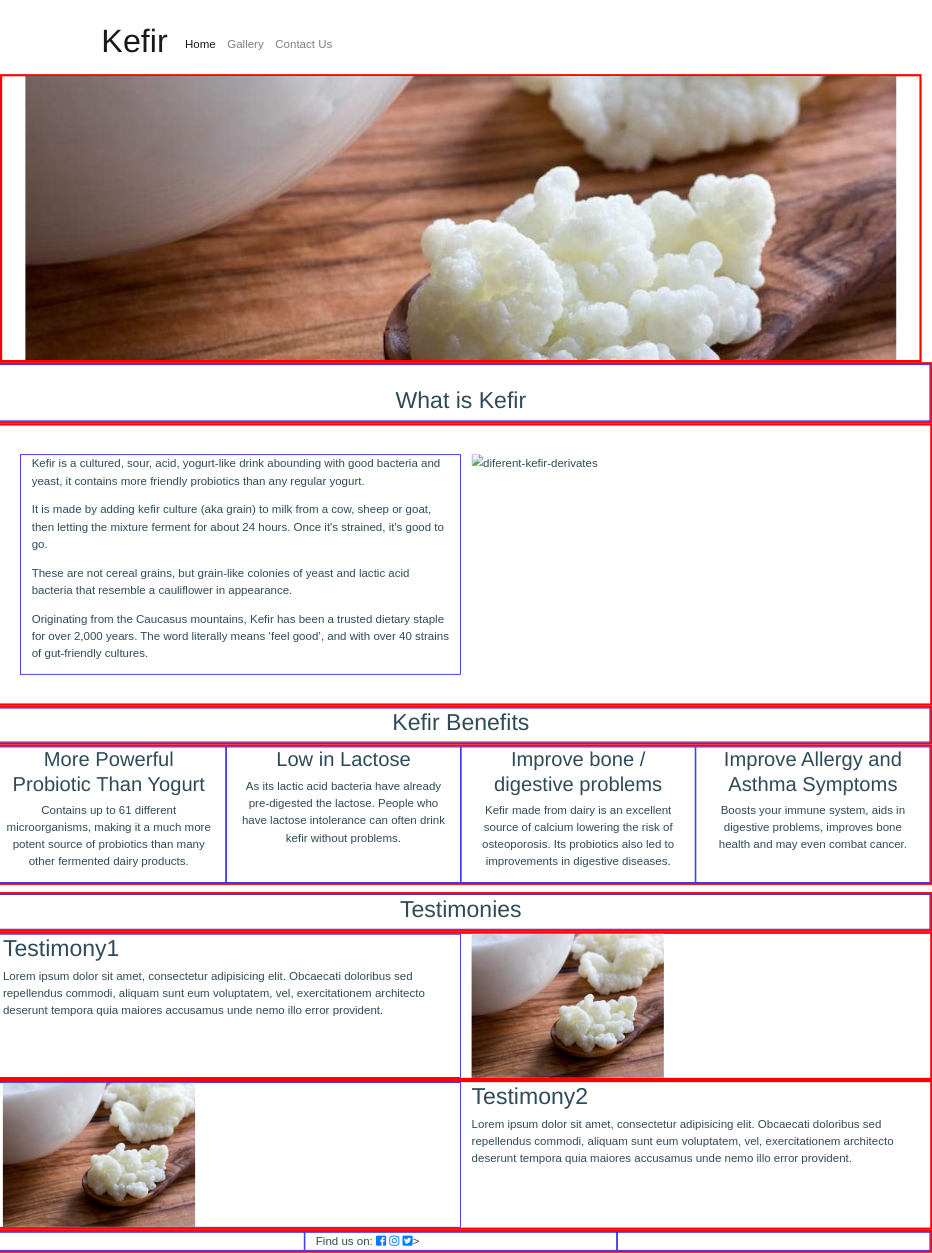
Repository: Code-Institute-Submissions/andna5980-kefir-repo_JuneResub
Page: index.html
The author's editor kept a copy of each file at every save. The page is drawn from the files as they stood at one save, then again after the next save.
The browser window is 1280 px wide. The page is 1295 px wide, so the pictures cover 1295 px, including what lies to the right of the window. The pictures show the whole page, at 72% of full size.
Some web fonts or font styles are not loaded; a fallback is used. Some web libraries are served in a nearby version.

Above is the page before, as saved 2021-03-01 21:07:48.

After the next save:
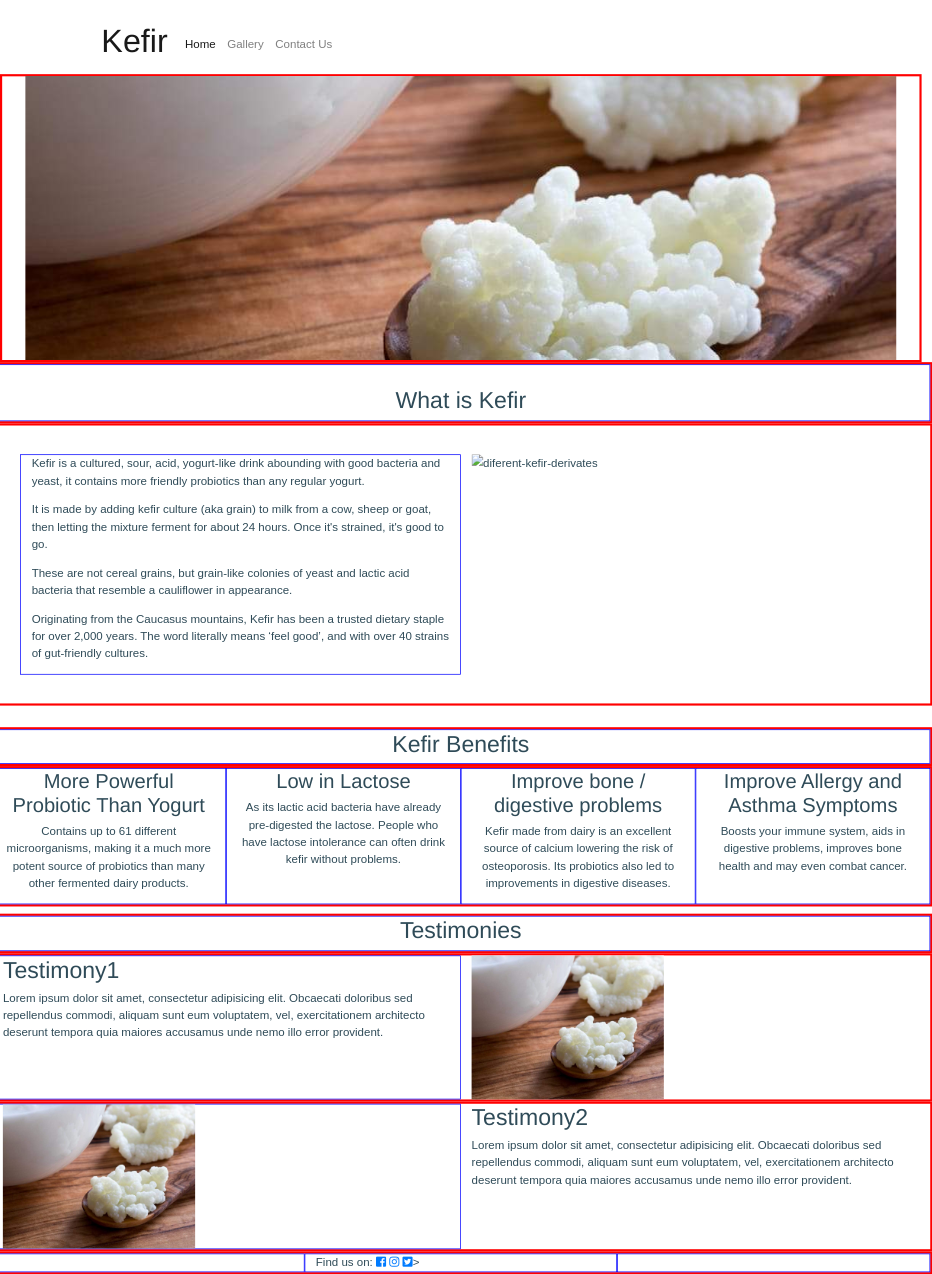
Saved 38 s later.
--- a/assets/styles/style.css
+++ b/assets/styles/style.css
@@ -133,8 +133,8 @@
 
 .benefits-title {
     text-align: center;
-    margin: 25px, 0;
-
+    margin: 30px, 0;
+    padding-top: 30px;
 }
 
 

After the save that followed:
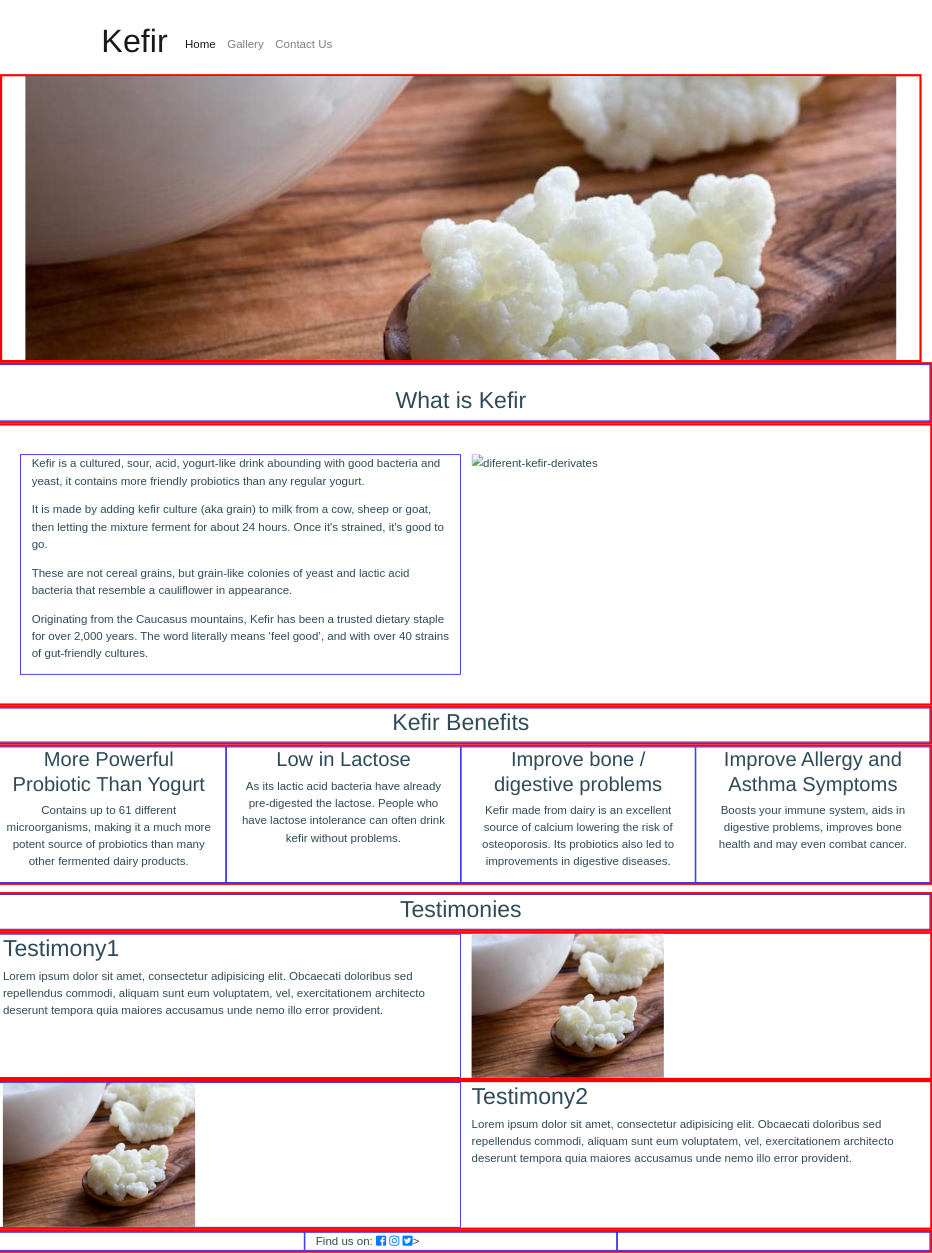
Saved 8 s later.
--- a/assets/styles/style.css
+++ b/assets/styles/style.css
@@ -134,7 +134,7 @@
 .benefits-title {
     text-align: center;
     margin: 30px, 0;
-    padding-top: 30px;
+
 }
 
 
